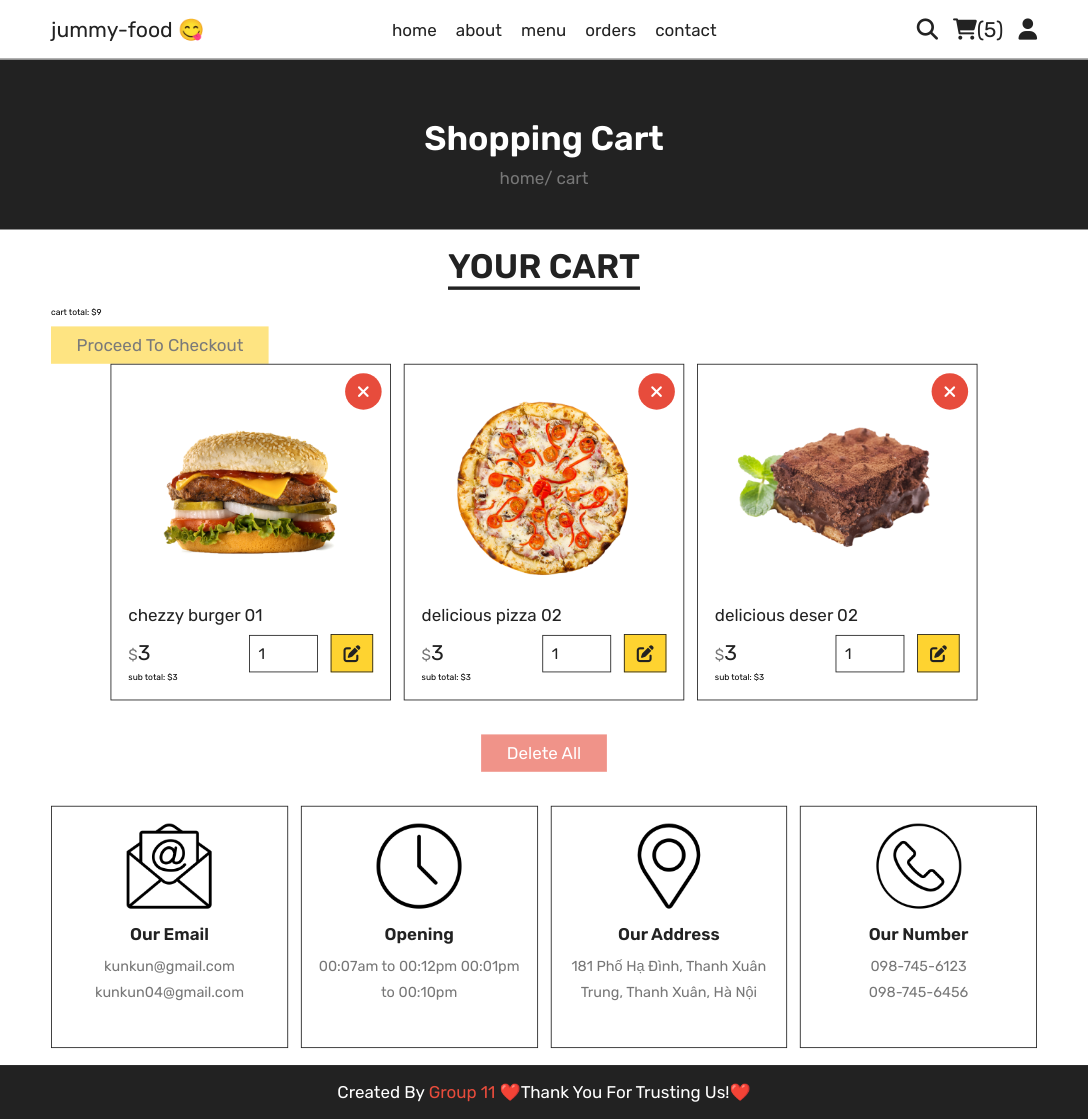
Repository: VuongLinhDinh/jummy_food
Page: cart.html
An editor plug-in stored every save of this project. The page is shown before and after the next save, followed by the edit.
The browser window is 1280 px wide. The pictures show the whole page, at 85% of full size.
Some web libraries are served in a nearby version.

Above is the page before, as saved 2023-11-14 18:21:07.

### cart.html
<!DOCTYPE html>
<html lang="en">
<head>
    <meta charset="UTF-8">
    <meta name="viewport" content="width=device-width, initial-scale=1.0">
    <title>Cart</title>
    <!-- font awesome cdn link -->
    <link rel="stylesheet" href="https://cdnjs.cloudflare.com/ajax/libs/font-awesome/6.1.1/css/all.min.css">
    <!-- custom css -->
    <link rel="stylesheet" href="./css/style.css">
</head>
<body>
    <!-- header section starts  -->
    <header class="header">
        <section class="flex">
            <a href="home.html" class="logo">jummy-food 😋</a>
            <nav class="navbar">
                <a href="home.html">home</a>
                <a href="about.html">about</a>
                <a href="menu.html">menu</a>
                <a href="orders.html">orders</a>
                <a href="contact.html">contact</a>
            </nav>
            <div class="icons">
                <a href="search.html"><i class="fas fa-search"></i></a>
                <a href="cart.html"><i class="fas fa-shopping-cart"></i><span>(5)</span></a>
                <div id="user-btn" class="fas fa-user"></div>
                <div id="menu-btn" class="fas fa-bars"></div>
            </div>
            <div class="profile">
                <p class="name">Kun Aquero</p>
                <div class="flex">
                    <a href="profile.html" class="btn">profile</a>
                    <a href="#" class="delete-btn">logout</a>
                </div>
                <p class="account"><a href="login.html">login</a> or <a href="login.html">register</a></p>
            </div>
        </section>
    </header>
    <!-- header section end  -->
    <div class="heading">
        <h3>shopping cart</h3>
        <p><a href="home.html">home</a><span>/ cart</span></p>
    </div>
    <!-- shopping cart section stars  -->
    <section class="products">
        <h1 class="title">your cart</h1>
        <div class="cart-total">
            <p>cart total: <span>$9</span></p>
            <a href="checkout.html" class="btn">proceed to checkout</a>
        </div>
        <div class="box-container">
            <form action="#" method="post" class="box">
                <button type="submit" class="fas fa-eye" name="quick-view"></button>
                <button type="submit" class="fas fa-times" name="detele" onclick="return confirm('delete this item?');"></button>
                <img src="uploaded_img/burger-1.png" alt="">
                <div class="name">chezzy burger 01</div>
                <div class="flex">
                    <div class="price"><span>$</span>3</div>
                    <input type="number" class="qty" name="qty" min="1" max="99" value="1"
                    onkeypress="if(this.value.length == 2) return false;">
                    <button type="submit" class="fas fa-edit"></button>
                </div>
                <div class="sub-total">sub total: <span>$3</span></div>
            </form>
            <form action="#" method="post" class="box">
                <button type="submit" class="fas fa-eye" name="quick-view"></button>
                <button type="submit" class="fas fa-times" name="detele" onclick="return confirm('delete this item?');"></button>
                <img src="uploaded_img/pizza-2.png" alt="">
                <div class="name">delicious pizza 02</div>
                <div class="flex">
                    <div class="price"><span>$</span>3</div>
                    <input type="number" class="qty" name="qty" min="1" max="99" value="1"
                    onkeypress="if(this.value.length == 2) return false;">
                    <button type="submit" class="fas fa-edit"></button>
                </div>
                <div class="sub-total">sub total: <span>$3</span></div>
            </form>
            <form action="#" method="post" class="box">
                <button type="submit" class="fas fa-eye" name="quick-view"></button>
                <button type="submit" class="fas fa-times" name="detele" onclick="return confirm('delete this item?');"></button>
                <img src="uploaded_img/dessert-2.png" alt="">
                <div class="name">delicious deser 02</div>
                <div class="flex">
                    <div class="price"><span>$</span>3</div>
                    <input type="number" class="qty" name="qty" min="1" max="99" value="1"
                    onkeypress="if(this.value.length == 2) return false;">
                    <button type="submit" class="fas fa-edit"></button>
                </div>
                <div class="sub-total">sub total: <span>$3</span></div>
            </form>
        </div>
        <div class="more-btn">
           <form action="" method="post">
            <button type="submit" class="delete-btn" name="detele_all" onclick="return confirm('delete all form cart?');">Delete All</button>
           </form>
        </div>
    </section>
    <!-- shopping cart section end  -->







    <!-- footer section starts  -->
    <footer class="footer">
        <section class="grid">
            <div class="box">
                <img src="images/email-icon.png" alt="">
                <h3>our email</h3>
                <a href="mailto:kunkun@gmail.com">kunkun@gmail.com</a>
                <a href="mailto:kun04@gmail.com">kunkun04@gmail.com</a>
            </div>

            <div class="box">
                <img src="images/clock-icon.png" alt="">
                <h3>opening</h3>
                <p>
                    00:07am to 00:12pm
                    00:01pm to 00:10pm
                </p>
            </div>

            <div class="box">
                <img src="images/map-icon.png" alt="">
                <h3>our address</h3>
                <a href="https://www.google.com/maps/place/181+P.+H%E1%BA%A1+%C4%90%C3%ACnh,+H%E1%BA%A1+%C4%90%C3%ACnh,+Thanh+Xu%C3%A2n,+H%C3%A0+N%E1%BB%99i,+Vi%E1%BB%87t+Nam/@20.9891313,105.8056888,17z/data=!3m1!4b1!4m5!3m4!1s0x3135ac952468595f:0xd4c0347109838030!8m2!3d20.9891263!4d105.8082691?hl=vi-VN&entry=ttu">181 Phố Hạ Đình, Thanh Xuân Trung, Thanh Xuân, Hà Nội</a>
            </div>

            <div class="box">
                <img src="images/phone-icon.png" alt="">
                <h3>our number</h3>
                <a href="tel:0987456123">098-745-6123</a>
                <a href="tel:0987456456">098-745-6456</a>
            </div>
        </section>
        <div class="credit">created by <span>group 11</span> ❤️Thank you for trusting us!❤️</div>
    </footer>
    <!-- footer section end  -->
    <!-- custom js file -->
    <script src="./js/script.js"></script>
</body>
</html>

### css/style.css
@import url('https://fonts.googleapis.com/css2?family=Nunito:wght@200;300;400;600;700&family=Rubik:wght@300;400;500;600&display=swap');
:root {
    --yellow: #fed330;
    --red: #e74c3c;
    --white: #fff;
    --black: #222;
    --light-color: #777;
    --border: .1rem solid var(--black);
}
*{
    font-family: 'Rubik', sans-serif;
    margin: 0; padding: 0;
    box-sizing: border-box;
    outline: none; border: none;
    text-decoration: none;
}
*::selection {
    background-color: var(--yellow);
    color: var(--white);
}
::-webkit-scrollbar {
    height: 0.5rem;
    width: 1rem;
}
::-webkit-scrollbar-track {
    background-color: transparent;
}
::-webkit-scrollbar-thumb {
    background-color: var(--yellow);
}
html {
    font-size:  62.5%;
    overflow-x: hidden;
    scroll-behavior: smooth;
    stop-opacity: 7rem;
}
section {
    margin: 0 auto;
    max-width: 1200px;
    padding: 2rem;
}
.title {
    text-align: center;
    margin-bottom: 2.5rem;
    font-size: 4rem;
    color: var(--black);
    text-transform: uppercase;
    text-decoration: underline;
    text-underline-offset: 1rem;
}
.heading {
    display: flex;
    align-items: center;
    justify-content: center;
    gap: 1rem;
    flex-flow: column;
    background-color: var(--black);
    min-height: 20rem;
}
.heading h3 {
    font-size: 4rem;
    color: var(--white);
    text-transform: capitalize;
    margin-top: 2rem;
}
.heading p {
    font-size: 2rem;
}
.heading p a {
    color: var(--light-color);
}
.heading p a:hover {
    text-decoration: underline;
    color: var(--yellow);
}
.heading p span {
    color: var(--light-color);
}
.btn, .delete-btn {
    margin-top: 1rem;
    display: inline-block;
    font-size: 2rem;
    padding: 1rem 3rem;
    opacity: .6;
    cursor: pointer;
}
.btn:hover, .delete-btn:hover {
    /* letter-spacing: .2rem; */
    transition:  .2s linear;
    opacity: 1;
}
.btn {
    background-color: var(--yellow);
    color: var(--black);
    text-transform: capitalize;
}
.delete-btn {
    background-color: var(--red);
    color: var(--white);
}
.header {
    position: sticky;
    top: 0; left: 0; right: 0;
    z-index: 1000;
    background-color: var(--white);
    border-bottom: var(--border);
}
.header .flex {
    display: flex;
    align-items: center;
    justify-content: space-between;
    position: relative;
}
.header .flex .logo {
    font-size: 2.5rem;
    color: var(--black);
}
.header .flex .navbar a {
    font-size: 2rem;
    color: var(--black);
    margin: 0 1rem;

}
.header .flex .navbar a:hover {
    color: var(--yellow);
    text-decoration: underline;
}
.header .flex .icons > * {
    margin-left: 1.5rem;
    font-size: 2.5rem;
    color: var(--black);
    cursor: pointer;
}
.header .flex .icons > *:hover {
    color: var(--yellow);
}
#menu-btn {
    display: none;
}
.header .flex .profile {
    background-color: var(--white);
    border: var(--border);
    padding: 1.5rem;
    text-align: center;
    position: absolute;
    top: 125%; right: 2rem;
    width: 30rem;
    display: none;
    animation: fadeIn .2s linear;
}
.header .flex .profile.active {
    display: block;
}
@keyframes fadeIn {
    0% {
        transform: translateY(1rem);
    }
}
.header .flex .profile .name {
    font-size: 2rem;
    color: var(--black);
    margin-bottom: 1rem;
}
.header .flex .profile .account {
    margin-top: 1rem;
    font-size: 2rem;
    color: var(--light-color);
}
.header .flex .profile .account a {
    color: var(--black);
}
.header .flex .profile .account a:hover {
    color: var(--yellow);
    text-decoration: underline;
}
.hero .slide {
    display: flex;
    align-items: center;
    flex-wrap: wrap-reverse;
    gap: 2rem;
    margin-bottom: 4rem;
}
.hero .slide .image {
    flex: 1 1 40rem;
}
.hero .slide .image img {
    width: 100%;
}
.hero .slide .content {
    flex: 1 1 40rem;
    text-align: center;
}
.hero .slide .content span {
    font-size: 2.5rem;
    color: var(--light-color);
}
.hero .slide .content h3 {
    margin: 1rem 0;
    font-size: 6rem;
    color: var(--black);
    text-transform: capitalize;
}
.swiper-pagination-bullet-active{
    background-color: var(--yellow);
}
.category .box-container {
    display: grid;
    grid-template-columns: repeat(auto-fit, minmax(27rem, 1fr));
    gap: 1.5rem;
    align-items: flex-start;
}
.category .box-container .box {
    border: var(--border);
    padding: 2rem;
    padding-bottom: 5rem;
    text-align: center;
}
.category .box-container .box img {
    width: 100%;
    height: 10rem;
    object-fit: contain;
}
.category .box-container .box h3 {
    font-size: 2rem;
    margin-top: 1.5rem;
    color: var(--black);
    text-transform: capitalize;
}
.category .box-container .box:hover {
    background-color: var(--black);
}
.category .box-container .box:hover img {
    filter: invert(1);
}
.category .box-container .box:hover h3 {
    color: var(--white);
}
.products .box-container {
    display: grid;
    grid-template-columns: repeat(auto-fit, 33rem);
    justify-content: center;
    align-items: flex-start;
    gap: 1.5rem;
}
.products .box-container .box {
    border: var(--border);
    padding: 2rem;
    position: relative;
    overflow: hidden;
    margin-bottom: 1rem;
}
.products .box-container .box img {
    width: 100%;
    height: 25rem;
    object-fit: contain;
}
.products .box-container .box .fa-eye,
.products .box-container .box .fa-shopping-cart {
    position: absolute;
    top: 1rem;
    height: 4.5rem; width: 4.5rem;
    line-height: 4.3rem;
    border: var(--border);
    background-color: var(--white);
    cursor: pointer;
    font-size: 2rem;
    color: var(--black);
    transition: .2s linear;
}
.products .box-container .box .fa-eye:hover,
.products .box-container .box .fa-shopping-cart:hover {
    background-color: var(--black);
    color: var(--white);
}
.products .box-container .box .fa-eye {
    left: -10rem;
}
.products .box-container .box .fa-shopping-cart {
    right: -10rem;
}
.products .box-container .box:hover .fa-eye {
    left: 1rem;
}
.products .box-container .box:hover .fa-shopping-cart {
    right: 1rem;
}
.products .box-container .box .cat {
    font-size: 1.8rem;
    color: var(--light-color);
}
.products .box-container .box .cat:hover {
    color: var(--black);
    text-decoration: underline;
}
.products .box-container .box .name {
    font-size: 2rem;
    color: var(--black);
    margin: 1rem 0;
}
.products .box-container .box .flex {
    display: flex;
    align-items: center;
    gap: 1.5rem;
    margin-top: 1rem;
}
.products .box-container .box .flex .price {
    margin-right: auto;
    font-size: 2.5rem;
    color: var(--black);
}
.products .box-container .box .flex .price span {
    color: var(--light-color);
    font-size: 1.8rem;

}
.products .box-container .box .flex .qty {
    padding: 1rem;
    border: var(--border);
    font-size: 1.8rem;
    color: var(--black);
}
.products .box-container .box .flex .fa-edit {
    width: 5rem;
    background-color: var(--yellow);
    color: var(--black);
    font-size: 2rem;
    height: 4.5rem;
    border: var(--border);
    cursor: pointer;
}
.products .box-container .box .flex .fa-edit:hover {
    background-color: var(--white);
    color: var(--yellow);
}
.products .box-container .box .fa-times {
    position: absolute;
    top: 1rem; right: 1rem;
    background-color: var(--red);
    color: var(--white);
    /* border: var(--border); */
    border-radius: 100%;
    line-height: 4.3rem;
    height: 4.3rem;
    width: 4.3rem;
    font-size: 2rem;
    cursor: pointer;
}
.products .more-btn {
    margin-top: 2rem;
    text-align: center;
}
.about .row {
    display: flex;
    align-items: center;
    flex-wrap: wrap;
    gap: 1.5rem;
}
.about .row .image {
    flex: 1 1 40rem;
}
.about .row .image img {
    width: 100%;
}
.about .row .content {
    flex: 1 1 40rem;
    text-align: center;
}
.about .row .content h3{
    font-size: 3rem;
    color: var(--black);
    text-transform: capitalize;
    margin-bottom: 2rem;
}
.about .row .content p {
    padding: 1rem 0;
    line-height: 2;
    font-size: 1.8rem;
    color: var(--light-color);
}
.about .row .content a {
    text-transform: capitalize;

}
.steps .box-container {
    display: grid;
    grid-template-columns: repeat(auto-fit, minmax(30rem, 1fr));
    gap: 1.5rem;
    align-items: flex-start;
}
.steps .box-container .box {
    text-align: center;
    border: var(--border);
    padding: 2rem;
}
.steps .box-container .box img {
    height: 10rem;
    width: 100%;
    object-fit: contain;
}
.steps .box-container .box h3 {
    font-size: 2.3rem;
    margin: 1rem 0;
    color: var(--black);
    text-transform: capitalize;
}
.steps .box-container .box p {
    line-height: 2;
    font-size: 1.6rem;
    color: var(--light-color);
    text-transform: capitalize;
}
.reviews .slide {
    margin-bottom: 4rem;
    border: var(--border);
    padding: 2rem;
    text-align: center;
}
.reviews .slide img {
    height: 10rem;
    width: 10rem;
    margin-bottom: .5rem;
    border-radius: 50%;
}
.reviews .slide p {
    padding: 1rem 0;
    line-height: 2;
    font-size: 1.5rem;
    color: var(--light-color);
}
.reviews .slide .stars {
    display: inline-block;
    padding: 1rem 2rem;
}
.reviews .slide .stars i {
    font-size: 1.8rem;
    color: var(--yellow);
}
.reviews .slide h3 {
    font-size: 2.5rem;
    margin-top: 1.5rem;
    color: var(--black);
    text-transform: capitalize;
}
.contact .row {
    display: flex;
    align-items: center;
    flex-wrap: wrap;
    gap: 1.5rem;
}
.contact .row .image {
    flex: 1 1 40rem;
}
.contact .row .image img {
    width: 100%;
}
.contact .row form {
    border: var(--border);
    flex: 1 1 40rem;
    padding: 2rem;
    text-align: center;
}
.contact .row form h3 {
    font-size: 2rem;
    color: var(--black);
    margin-bottom: 1rem;
   text-transform: capitalize;
}
.contact .row form .box {
    width: 100%;
    margin: 1rem 0;
    font-size: 1.8rem;
    color: var(--black);
    border: var(--border);
    padding: 1.4rem;
}
.contact .row form textarea {
    height: 15rem;
    resize: none;
}
.search-form form {
    display: flex;
    gap: 1rem;
}
.search-form form .box {
    width: 100%;
    border: var(--border);
    border-radius: 5rem;
    padding: 1.4rem;
    font-size: 1.8rem;
    color: var(--black);
}
.search-form form .fa-search {
    width: 5rem;
    font-size: 3.5rem;
    background-color: var(--white);
    color: var(--black);
    cursor: pointer;
}
.search-form form .fa-search:hover {
    color: var(--yellow);
}





































.footer .grid {
    display: grid;
    grid-template-columns: repeat(auto-fit, minmax(27rem, 1fr));
    gap: 1.5rem;
    align-items: flex-start;
}
.footer .grid .box {
    border: var(--border);
    padding: 2rem;
    padding-bottom: 5rem;
    text-align: center;
}
.footer .grid .box img {
    height: 10rem;
    width: 100%;
    object-fit: contain;
    margin-bottom: .5rem;
}
.footer .grid .box h3 {
    margin: 1rem 0;
    font-size: 2rem;
    color: var(--black);
    text-transform: capitalize;
}
.footer .grid .box p,
.footer .grid .box a {
    display: block;
    font-size: 1.7rem;
    color: var(--light-color);
    line-height: 1.8;
}
.footer .grid .box a:hover {
    text-decoration: underline;
}
.credit {
    padding: 2rem;
    text-align: center;
    background-color: var(--black);
    color: var(--white);
    font-size: 2rem;
    text-transform: capitalize;
}
.credit span {
    color: var(--red);

}

/* media query  */
@media (max-width: 991px) {
    html {
        font-size: 55%;
    }
}
@media (max-width: 768px) {
    #menu-btn {
        display: inline-block;
    }
    .header .flex .navbar {
        position: absolute;
        top: 99%; left: 0; right: 0;
        border-top: var(--border);
        border-bottom: var(--border);
        background-color: var(--white);
        transition:  .2s linear;
        clip-path: polygon(0 0, 100% 0, 100% 0, 0 0);
    }
    .header .flex .navbar a {
        display: block;
        margin: 2rem;
    }
    .header .flex .navbar.active {
        clip-path: polygon(0 0, 100% 0, 100% 100%, 0 100%);
    }
}
@media (max-width: 450px) {
    html {
        font-size: 50%
    }
    .title {
        font-size: 3rem;
    }
    .header .flex .logo {
        font-size: 2rem;
    }
    .hero .slide .content h3 {
        font-size: 5rem;
    }

}

### js/script.js
navbar = document.querySelector('.header .flex .navbar');
document.querySelector('#menu-btn').onclick = () => {
    navbar.classList.toggle('active');
    profile.classList.remove('active');
}
profile = document.querySelector('.header .flex .profile');
document.querySelector('#user-btn').onclick = () => {
    profile.classList.toggle('active');
    navbar.classList.remove('active');
}
window.onscroll = () => {
    navbar.classList.remove('active');
    profile.classList.remove('active');
}

After the next save:
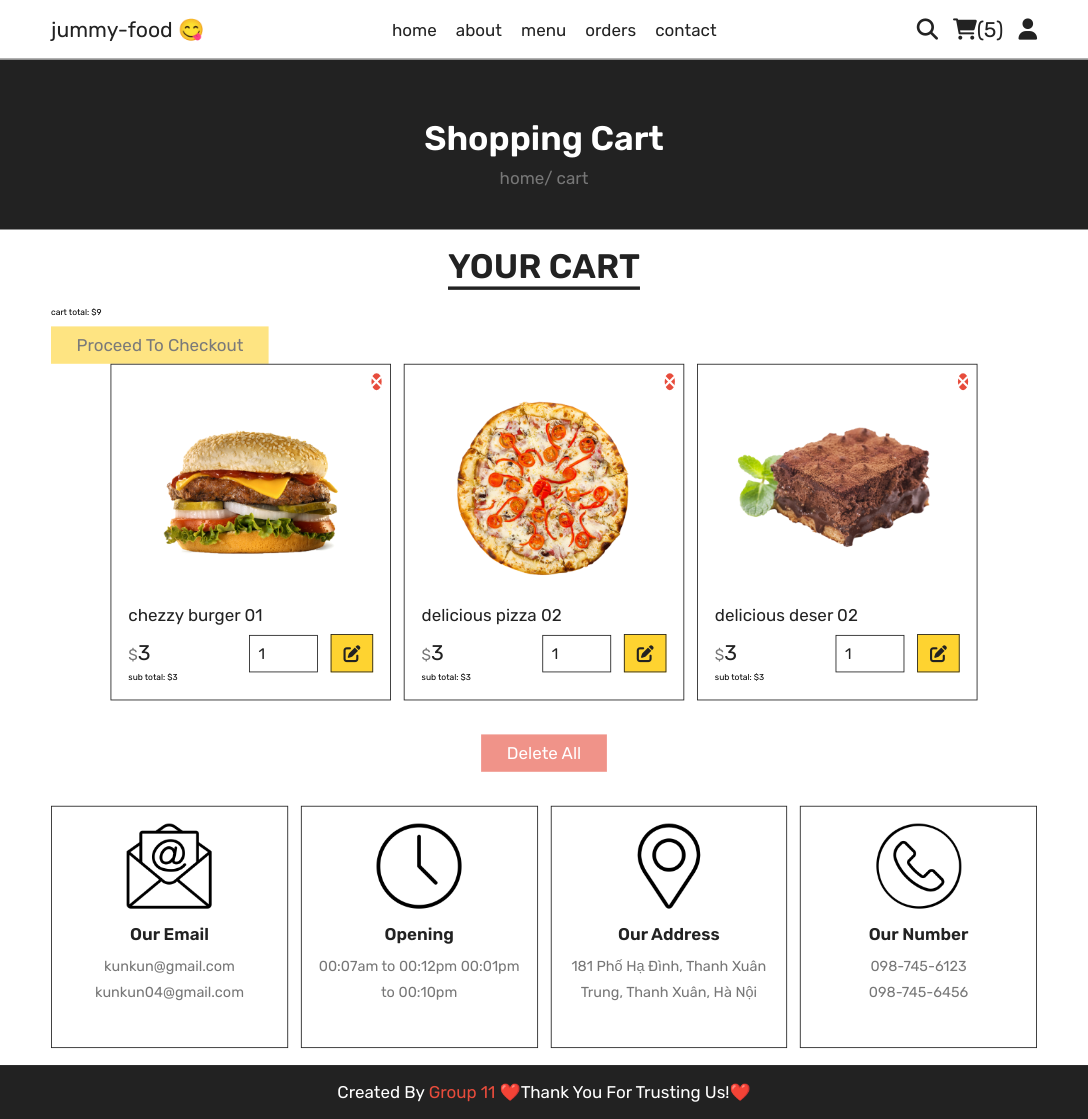
Saved 18 s later.
--- a/css/style.css
+++ b/css/style.css
@@ -339,9 +339,9 @@ section {
     color: var(--white);
     /* border: var(--border); */
     border-radius: 100%;
-    line-height: 4.3rem;
+    /* line-height: 4.3rem;
     height: 4.3rem;
-    width: 4.3rem;
+    width: 4.3rem; */
     font-size: 2rem;
     cursor: pointer;
 }
